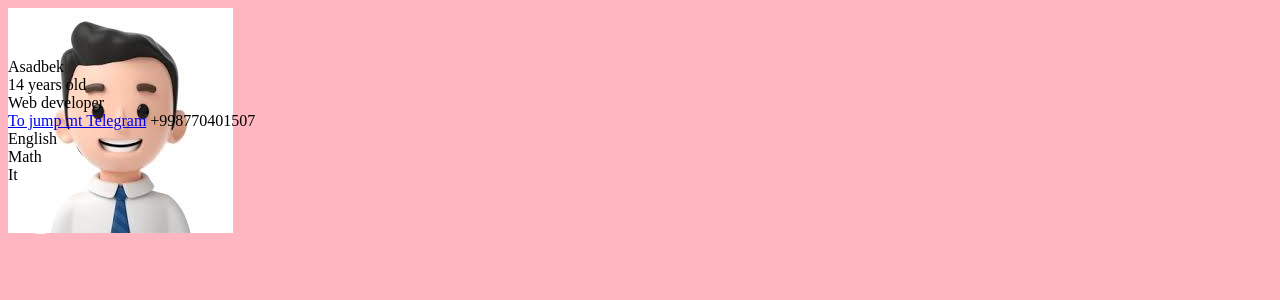
Repository: KHANas02/live-stream
Page: contact.html
An editor plug-in stored every save of this project. The page is shown before and after a run of saves, followed by the edit.
The browser window is 1280 px wide. The pictures show the whole page.

Above is the page before, as saved 2024-03-25 07:16:39.

### contact.html
<!DOCTYPE html>
<html lang="en">
<head>
    <meta charset="UTF-8">
    <meta name="viewport" content="width=device-width, initial-scale=1.0">
    <title>Contact with us</title>
    <link rel="stylesheet" href="./index.html">
</head>
<style>
    body{
        background-color: lightpink;
    }
    .avatar{
        background-image:url(data:[embedded picture, 5823 characters]);
       border-top-left-radius:20px;
       border-top-right-radius:60px;
       border-bottom-left-radius:80px;
       border-bottom-right-radius:40px;
       background-repeat:no-repeat;
       width: 50px;
       height: 50px;
    }
</style>
<body>
    <div class="container">
  <div class="contact-card">
    <div class="avatar"><img src="data:[embedded picture, 5823 characters]" alt=""></div>
    <div class="text"></div>
  </div>
  <div class="text">Asadbek <br>
14 years old <br>
Web developer <br>
<a href=" https://t.me/wzb_02">To jump mt Telegram</a>
+998770401507 <br>
English <br>
Math <br>
It <br>



</div>
  <div class="contact-card">
    <div class="avatar"></div>
    <div class="text"></div>
  </div>
  <div id="magnifying-glass">
    <div id="glass"></div>
    <div id="handle">
       </div>
</body>
</html>

### index.html
<!DOCTYPE html>
<html lang="en">
  <head>
    <meta charset="UTF-8" />
    <head name="viewport" content="width=device-width, initial-scale=1.0">
      <title>Englify Live_stream</title>
      <link rel="stylesheet" href="./style.css" />
    </head>
    <style>
      .div1Img {
        font-size: 70px;
        font-family: serif;
        font-weight: 100;
        color: rgb(255, 0, 157);
        position: relative;
        left: 25px;
        top: 70px;
      }
      .div2 {
        font-size: 70px;
        font-family: serif;
        font-weight: 100;
        color: rgb(255, 0, 157);
        position: relative;
        left: 25px;
        top: 70px;
      }
      .div3 {
        font-size: 70px;
        font-family: serif;
        font-weight: 100;
        color: rgb(255, 0, 157);
        position: relative;
        left: 25px;
        top: 450px;
      }
    </style>
    <html>
      <body>
        <div class="div1">
          <div class="div1Img">JOIN TO OUR LIVE STREAM</div>
        </div>
        <div class="div2">
          Todat at 21:00 <br />
          Only with coffee
        </div>
        <div class="div3">
          Our on the telegram
          <br />
          @englify_asp <br />
          And join to us
        </div>
        <div class="hamburger-menu">
          <input id="menu__toggle" type="checkbox" />
          <label class="menu__btn" for="menu__toggle">
            <span></span>
          </label>

          <ul class="menu__box">
            <li><a class="menu__item" href="index.html">Главная</a></li>
            <li>
              <a class="menu__item" href="speaking.html"
                >Speaking полезная функция</a
              >
            </li>
            <li><a class="menu__item" href="group.html">участники прямой трансляции</a></li>
            <li><a class="menu__item" href="#">Блог</a></li>
            <li><a class="menu__item" href="contact.html">Контакты</a></li>
          </ul>
        </div>
      </body>
    </html>
  </head>
</html>

After the next 2 saves:
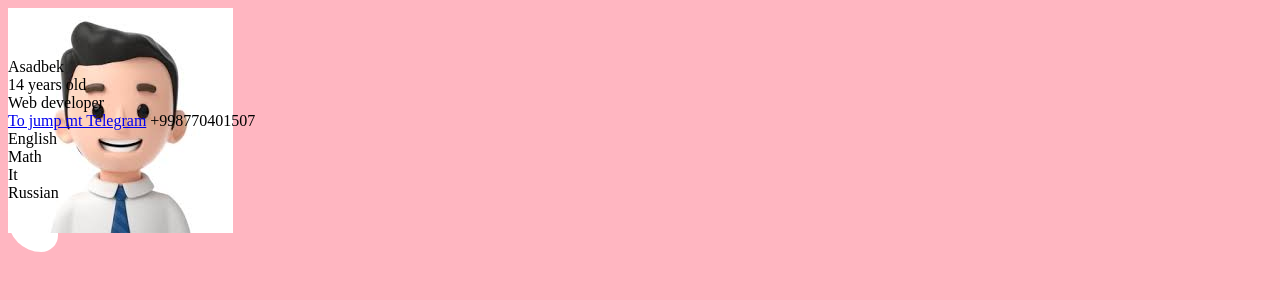
The 2 saves are shown as one change because they came seconds apart.
The last was saved 11 s later.
--- a/contact.html
+++ b/contact.html
@@ -35,7 +35,7 @@ Web developer <br>
 English <br>
 Math <br>
 It <br>
-
+Russian <br>
 
 
 </div>
